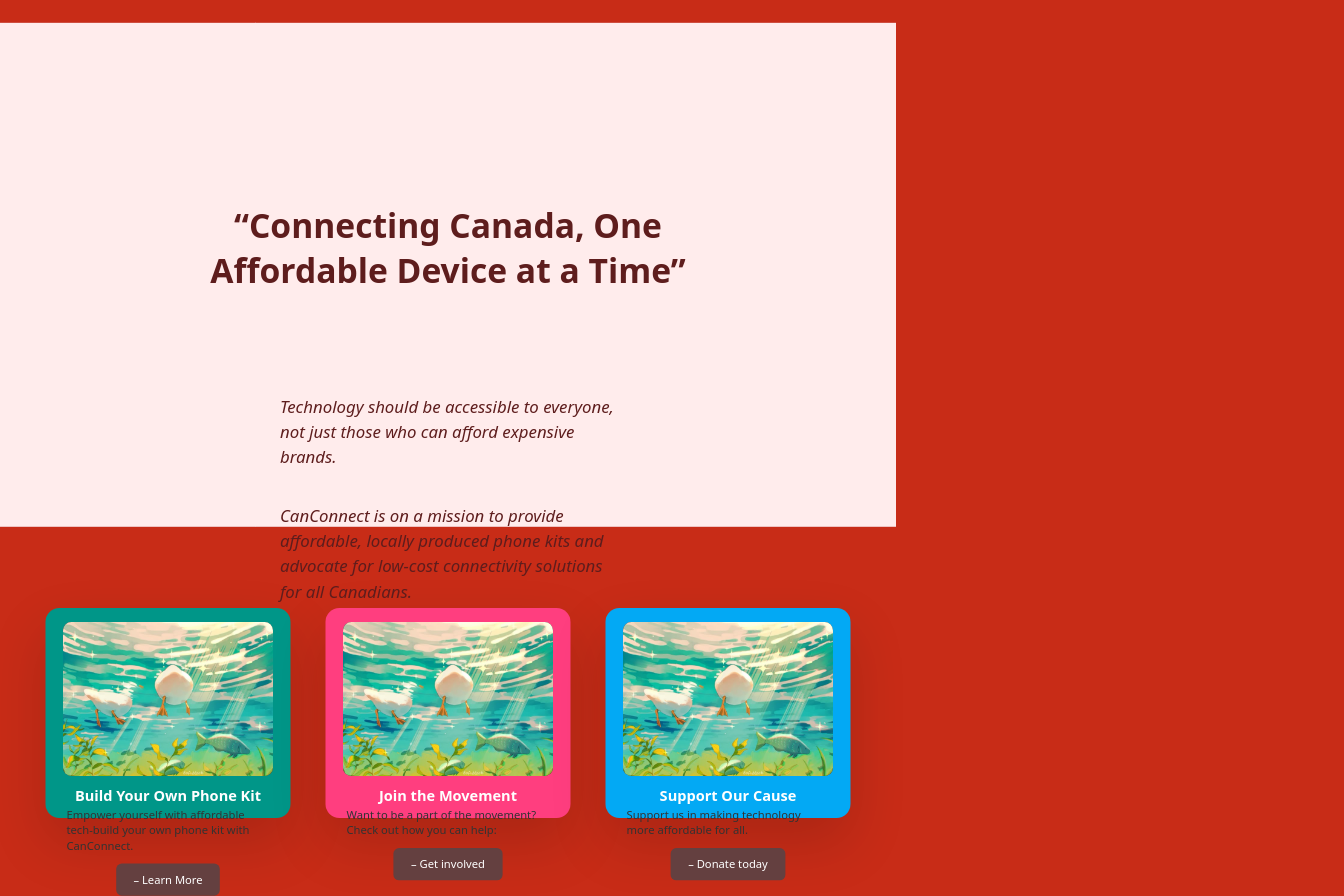
Repository: katelynyew/communityWebsite
Page: index.html
An editor plug-in stored every save of this project. The page is shown before and after the next save, followed by the edit.
The browser window is 1280 px wide. The page is 1920 px wide, so the pictures cover 1920 px, including what lies to the right of the window. The pictures show the part of the page from y = 2071 to 3351 px (the page is 3351 px tall), at 70% of full size.
Some web fonts or font styles are not loaded; a fallback is used. Some web libraries are served in a nearby version.

Above is the page before, as saved 2025-04-03 02:01:11.

After the next save:
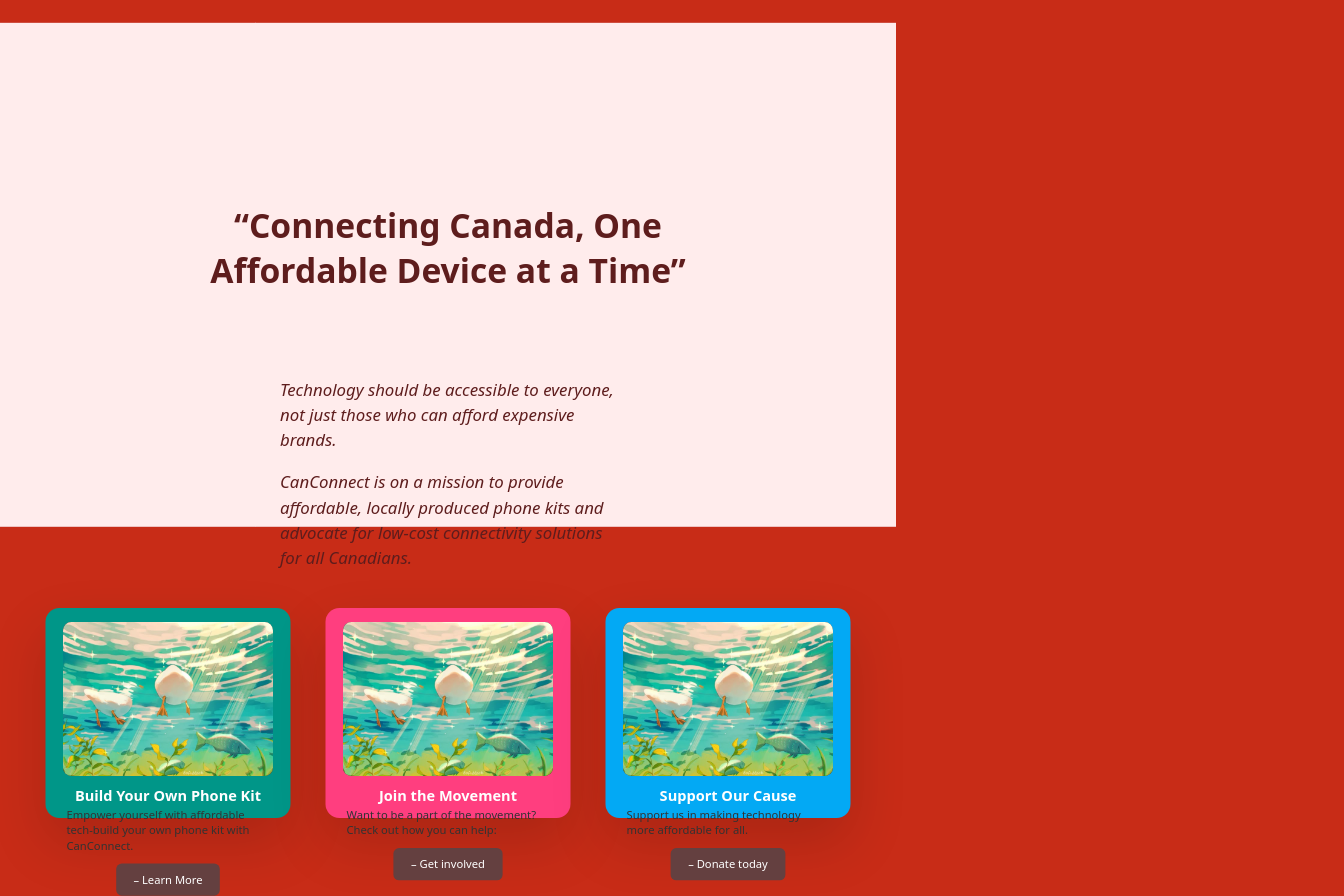
Saved 14 s later.
--- a/style.css
+++ b/style.css
@@ -202,7 +202,7 @@
     width: 100%;
 }
 .intro-text p {
-    margin-top: 2em;
+    margin-top: 1em;
     font-size: 1.5rem;
     width: 50%;
     text-align: left;
